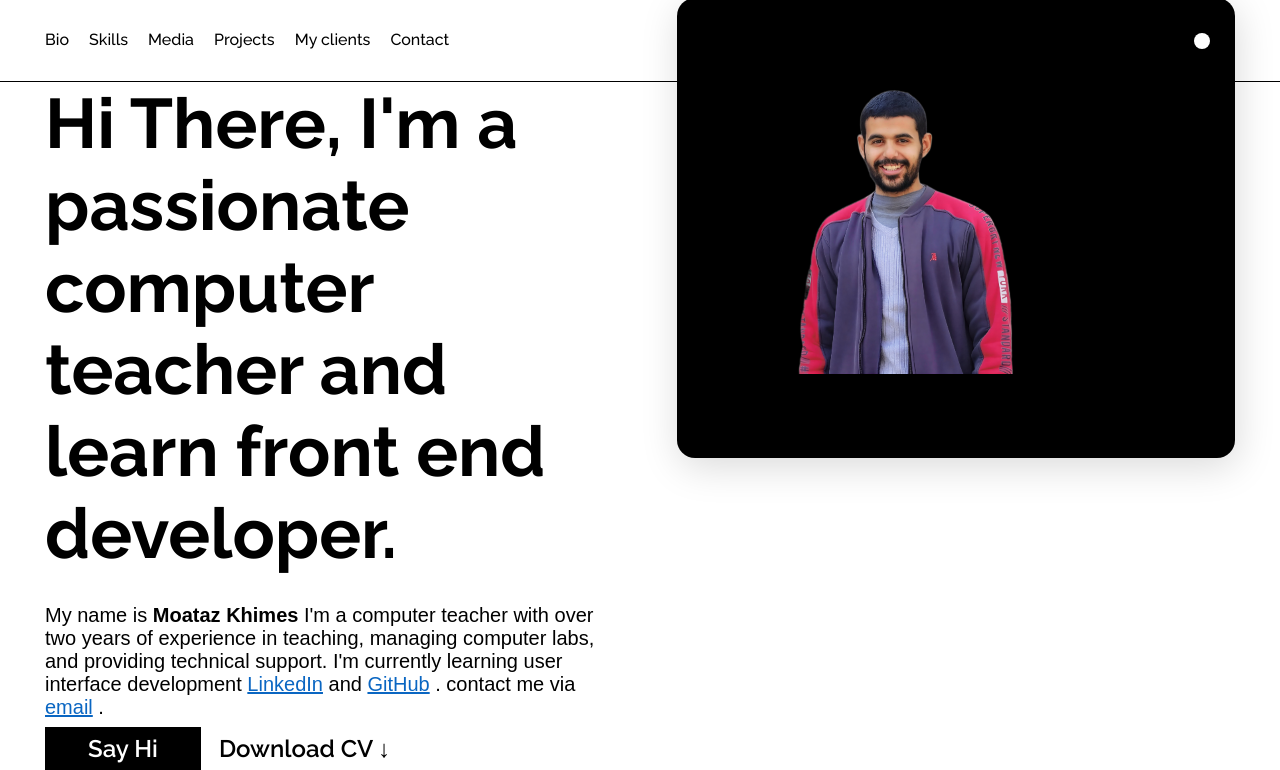
Repository: moataz305G/Personal-website
Page: index.html
These files come from the project's save history. The page is drawn as it stood at one moment and after the next save; the edit follows.
The browser window is 1280 px wide. The pictures show the whole page.

Above is the page before, as saved 2025-12-13 10:20:33.

### index.html
<!DOCTYPE html>
<html lang="en">
  <head>
    <meta charset="UTF-8" />

    <meta name="viewport" content="width=device-width, initial-scale=1.0" />
    <link rel="preconnect" href="https://fonts.googleapis.com" />
    <link rel="preconnect" href="https://fonts.gstatic.com" crossorigin />
    <link
      href="https://fonts.googleapis.com/css2?family=Raleway:ital,wght@0,100..900;1,100..900&display=swap"
      rel="stylesheet"
    />

    <link rel="stylesheet" href="Style.css" />
    <title class="title">Moataz khimes</title>
  </head>
  <body>
    <div class="container">
      <header class="header">
        <nav class="navigation">
          <ul class="navigation__list">
            <li><a href="#" class="navigation__link">Bio</a></li>
            <li><a href="#" class="navigation__link">Skills</a></li>
            <li><a href="#" class="navigation__link">Media</a></li>
            <li><a href="#" class="navigation__link">Projects</a></li>
            <li><a href="#" class="navigation__link">My clients</a></li>
            <li><a href="#" class="navigation__link">Contact</a></li>
          </ul>
        </nav>

        <div class="toggle">
          <h3 class="toggle__title">Switch Theme</h3>
          <input
            type="checkbox"
            name="toggle checkbox"
            id="toggle"
            class="toggle__checkbox"
          />
          <label for="toggle" class="toggle__label"></label>
        </div>
      </header>

      <section id="bio" class="bio section">
        <div class="bio__content">
          <h1 class="bio__heading">
            Hi There, I'm a passionate computer teacher and learn front end
            developer.
          </h1>
          <p class="bio__objeactive">
            My name is <span class="bio__name">Moataz Khimes</span>
            I'm a computer teacher with over two years of experience in
            teaching, managing computer labs, and providing technical support.
            I'm currently learning user interface development
            <a
              href="https://www.linkedin.com/in/moataz-khimes-53586223b/"
              class="bio__linkedin"
              >LinkedIn</a
            >
            and
            <a href="https://github.com/moataz305G" class="bio__github"
              >GitHub</a
            >
            . contact me via
            <a href="mutazkhmes@gmail.com" class="bio__email">email</a>
            .
          </p>
          <a href="#" class="bio__links say-hi-link">Say Hi</a>
          <a href="#" class="bio__links find-out-link"
            >Download CV <span class="bio__arrow">↓</span></a
          >
        </div>
        <div class="bio__pic-content">
          <img
            class="bio__pic"
            src="images/personal-pic.png"
            alt="image of moataz khimes"
          />
        </div>
      </section>
    </div>
  </body>
</html>

### Style.css
:root {
  --container-width: 119rem;
  --guter: 6rem;

  --color-black: #000;
  --color-white: #fff;
  --color-blue: #2374e1;
  --color-lite-blue: #1d9bf0;
  --color-dark-blue: #0a66c2;
  --color-darker-blue: #143ce8;
  --color-red: #ff0000;
  --color-green: #03a696;
  --color-gray: #f6f6f6;
  --color-dark-green: #42959b;

  --color-background: var(--color-white);
  --color-text: var(--color-black);
  --color-box-img: var(--color-black);
  --color-link-bg: var(--color-black);
  --color-input-border: var(--color-black);

  --font-family-raleway: "Raleway", sans-serif;
  --font-family-poppins: "Poppins", sans-serif;

  --font-weight-regular: 400;
  --font-weight-medium: 500;
  --font-weight-semi-bold: 600;
  --font-weight-bold: 700;

  --font-size-70: 7rem;
  --font-size-65: 6.5rem;
  --font-size-40: 4rem;
  --font-size-38: 3.8rem;
  --font-size-24: 2.4rem;
  --font-size-22: 2.2rem;
  --font-size-20: 2rem;
  --font-size-18: 1.8rem;
  --font-size-15: 1.5rem;

  --transition-timing: 0.3s;
}
/* CSS Reset */
* {
  margin: 0;
  padding: 0;
}

*,
*::after,
*::before {
  box-sizing: border-box;
}

a {
  color: inherit;
  display: inline-block;
}

button {
  background-color: transparent;
  border: none;
  cursor: pointer;
}

ul,
ol {
  list-style: none;
}
/* END CSS Reset */
html {
  font-size: 62.5%;
  scroll-behavior: smooth;
  scroll-padding-top: 11rem;
}

body {
  font-size: 1.6rem;
  font-family: var(--font-family-raleway);
  background-color: var(--color-background);
  color: var(--color-text);
}

.container {
  max-width: var(--container-width);
  margin: 0 auto;
}
header {
  position: relative;
  padding: 3rem 0;
  display: flex;
  justify-content: center;
  z-index: 0;
}
.header::before {
  content: "";
  position: absolute;
  height: 100%;
  width: 100vw;
  border-bottom: 0.1rem solid var(--color-black);
  top: 0;
  z-index: -1;
}

.navigation__list {
  display: flex;
  gap: 2rem;
}
.navigation__link:link,
.navigation__link:visited {
  text-decoration: none;
  font-weight: var(--font-weight-medium);
}
.navigation__link:hover,
.navigation__link:active {
  text-decoration: underline;
  color: var(--color-text);
}

/* Toggle */
.toggle {
  display: flex;
  gap: 1rem;
  margin-left: auto;
}
.toggle__title {
  font-weight: var(--font-weight-medium);
  font-size: var(--font-size-18);
}

.toggle__checkbox {
  display: none;
}

.toggle__label {
  display: block;
  position: relative;
  background-color: var(--color-black);
  border-radius: 1.5rem;
  width: 4.5rem;
  height: 2.2rem;
  cursor: pointer;
  padding: 0.3rem 0.4rem;
  transition: 0.3s;
}

.toggle__label::after {
  content: "";
  display: block;
  width: 1.6rem;
  height: 1.6rem;
  border-radius: 50%;
  background-color: var(--color-white);
  transition: 0.3s;
}

.toggle__checkbox:checked + .toggle__label {
  background-color: var(--color-white);
}
.toggle__checkbox:checked + .toggle__label::after {
  transform: translateX(2.1rem);
  background-color: var(--color-green);
}

/* End Toggle */

.section {
  display: grid;
  grid-template-columns: repeat(2, auto);
  align-items: start;
}

/* Bio */
.bio {
  grid-gap: 7.4rem;
  grid-template-columns: repeat(2, 1fr);
}

.bio__heading {
  font-size: var(--font-size-70);
  font-weight: var(--font-weight-bold);
}

.bio__objeactive {
  font-family: var(--font-family-poppins);
  font-weight: var(--font-weight-regular);
  font-size: var(--font-size-20);
  margin: 3rem 0 0.8rem;
}

.bio__name {
  font-weight: var(--font-weight-semi-bold);
}
.bio__linkedin,
.bio__github,
.bio__email {
  color: var(--color-dark-blue);
}

.bio__links {
  font-size: 2.4rem;
  font-weight: var(--font-weight-semi-bold);
  text-decoration: none;
}

.say-hi-link {
  background-color: var(--color-link-bg);
  color: var(--color-white);
  padding: 0.7rem 4.3rem;
}

.find-out-link {
  padding: 0.7rem 0;
  margin-inline-start: 1.4rem;
}

@keyframes jump {
  0% {
    transform: translatey(0.5rem);
  }
  35% {
    transform: translatey(-0.5rem);
  }
  70% {
    transform: translatey(0);
  }
  100% {
    transform: translatey(0);
  }
}

.bio__arrow {
  display: inline-block;
  animation: jump 1s infinite alternate ease-in-out;
}

.bio__pic-content {
  display: flex;
  position: relative;
  align-items: center;
}

.bio__pic-content::before {
  content: "";
  position: absolute;
  background-color: var(--color-box-img);
  width: 100%;
  height: 46rem;
  border-radius: 1.8rem;
  z-index: -1;
  box-shadow: 2.17543px 8.7017px 38.0669px rgba(0, 0, 0, 0.15);
}
.bio__pic {
  width: 42.7rem;
}

After the next save:
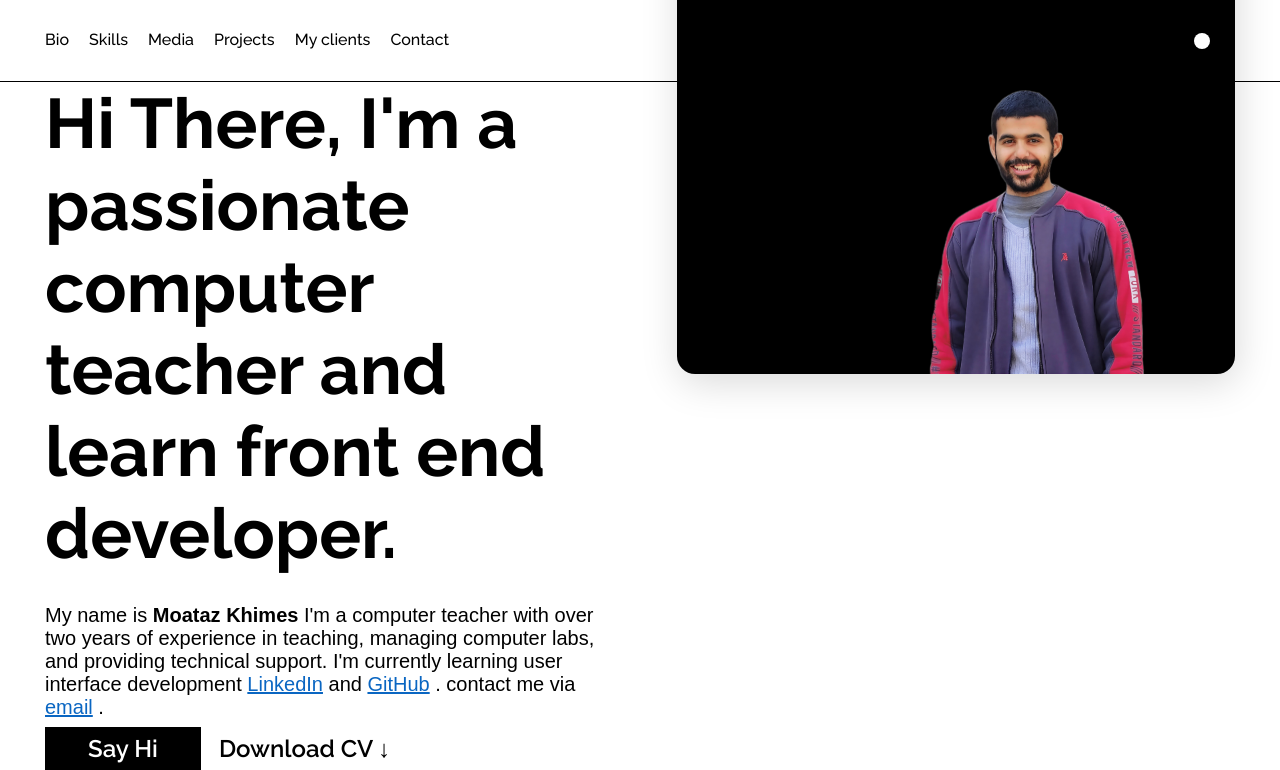
Saved 42 s later.
--- a/Style.css
+++ b/Style.css
@@ -236,7 +236,8 @@ header {
 .bio__pic-content {
   display: flex;
   position: relative;
-  align-items: center;
+  align-items: flex-end;
+  justify-content: end;
 }
 
 .bio__pic-content::before {
